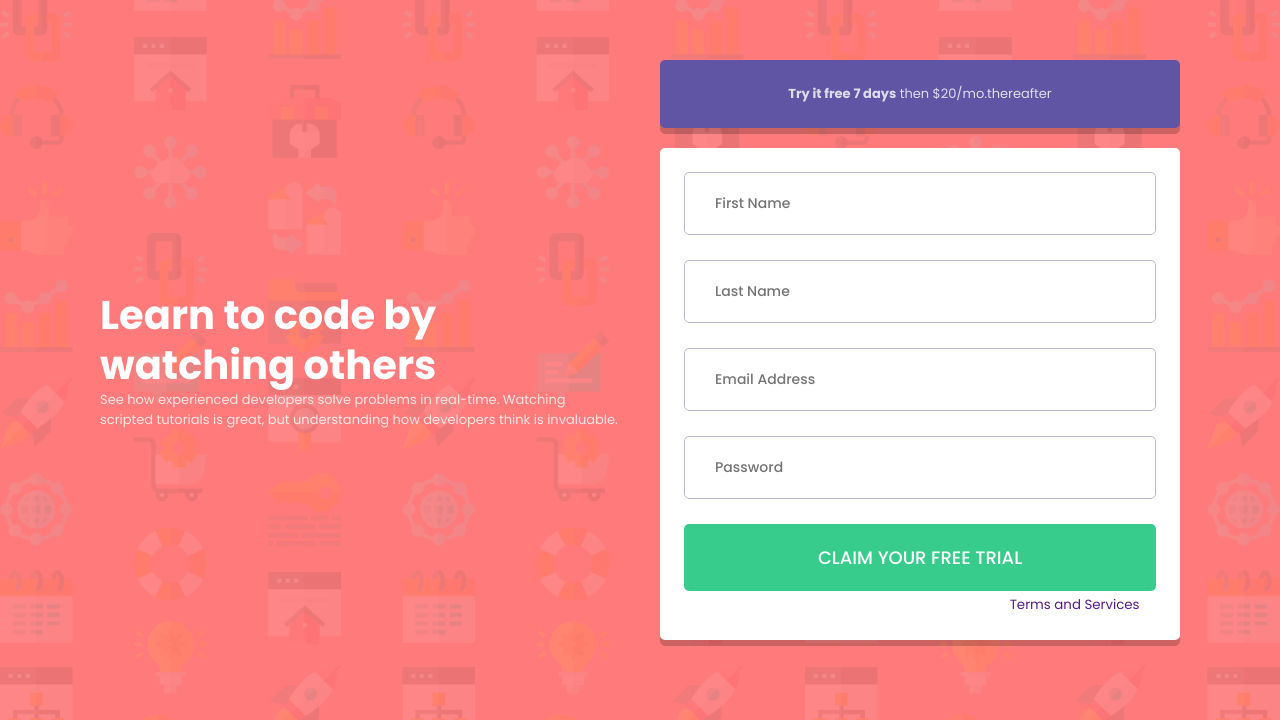
Repository: Akashiii1/WebSignup_Form_Day2
Page: index.html
These files come from the project's save history. The page is drawn as it stood at one moment and after a run of saves; the edit follows.
The browser window is 1280 px wide. The pictures show the whole page.

Above is the page before, as saved 2021-12-19 17:09:05.

### index.html
<!DOCTYPE html>
<html lang="en">
  <head>
    <meta charset="UTF-8" />
    <meta name="viewport" content="width=device-width, initial-scale=1.0" />
    <!-- displays site properly based on user's device -->

    <link
      rel="icon"
      type="image/png"
      sizes="32x32"
      href="./images/favicon-32x32.png"
    />

    <title>Frontend Mentor | Intro component with sign up form</title>

    <!-- Feel free to remove these styles or customise in your own stylesheet 👍 -->
    <link rel="stylesheet" href="style.css" />
    <style>
      .attribution {
        font-size: 11px;
        text-align: center;
      }

      .attribution a {
        color: hsl(228, 45%, 44%);
      }
    </style>
  </head>

  <body>
    <!--




  First Name
  Last Name
  Email Address
  Password



   -->
    <div class="container">
      <div>
        <h1>Learn to code by watching others</h1>
        <p>
          See how experienced developers solve problems in real-time. Watching
          scripted tutorials is great, but understanding how developers think is
          invaluable.
        </p>
      </div>
      <div>
        <div class="box box-blue">
          <p><strong> Try it free 7 days</strong> then $20/mo.thereafter</p>
        </div>
        <form action="" class="box">
          <div class="form-control">
            <input type="text" id="firstName" placeholder="First Name"/>
            <small>FirstName cannot be empty</small>
          </div>
          <div class="form-control">
            <input type="text" id="lastName" placeholder="Last Name"/>
            <small>LastName cannot be empty</small>
          </div>
          <div class="form-control">
            <input type="email" id="email" placeholder="Email Address"/>
            <small> Email cannot be empty </small>
            <!-- <small> Email is not valid</small> -->

          </div>
          <div class="form-control">
            <input type="password" id="passWord" placeholder="Password"/>
            <small> Password cannot be empty </small>
          </div>
          <button>Claim your free trial</button>
          <small
            >By clicking the button, you are agreeing to our
            <a href="">Terms and Services</a></small
          >
        </form>
      </div>
    </div>
    <!-- <footer>
      <p class="attribution">
        Challenge by
        <a href="https://www.frontendmentor.io?ref=challenge" target="_blank"
          >Frontend Mentor</a
        >. Coded by <a href="#">Your Name Here</a>.
      </p>
    </footer> -->
    <script src="app.js"></script>
  </body>
</html>

### style.css
@import url('https://fonts.googleapis.com/css2?family=Poppins:wght@400;500;600;700&display=swap');
html {
box-sizing: border-box;
font-size: 100%;
}
*{
margin: 0;
padding: 0;
}
*,*:before,*:after {
box-sizing: border-box;
}
input,
textarea,
select,
button{
outline: none;
}
input{
line-height: normal;
}
label,
button{
cursor: pointer;
}
a {
text-decoration: none;
}
img {
display: block;
max-width: 100%;
}
body{
  font-family: 'Poppins', sans-serif;
  background-image: url(images/bg-intro-desktop.png);
  background-size: cover;
  background-color: hsl(0, 100%, 74%) ;
  color: #fff;
  /* display: flex;
  justify-content: center;
  align-items: center; */
}
.container{
  display: flex;
  flex-wrap: wrap;
  max-width: 1200px;
  padding: 40px;
  justify-content: center;
  align-items: center;
  min-height: 100vh;
  margin-left: auto;
  margin-right: auto;
}
.container > div{
  flex: 1;
  padding: 0 20px;
}
.container h1{
  font-size: 40px;
  line-height: 50px;
}
.container p{
  opacity: 0.8;
  font-size: 13px;
}
.box{
  box-shadow: 0 6px rgba(0,0,0,.2);
  background-color: #fff;
  border-radius: 5px;
  margin-bottom: 20px;
  padding: 24px;
  text-align: center;
}
.box-blue{
  background-color: hsl(248, 32%, 49%) ;
}
.box p{

}
input{
  display: block;
  width: 100%;
  padding: 20px 30px;
  border-radius: 5px;
  font-weight: 500;
  font-size: 14px;
  outline: none;
  border: 1px solid hsl(246, 25%, 77%) ;
  font-family: 'Poppins', sans-serif;

}
input:focus{
  border-color: hsl(248, 32%, 49%);
  outline: none;
}
button{
  display: block;
  width: 100%;
  padding: 20px 30px;
  border-radius: 5px;

  font-size: 18px;
  outline: none;
  border: 0;
  /* border: 1px solid hsl(246, 25%, 77%) ; */
  font-family: 'Poppins', sans-serif;
  background-color: hsl(154, 59%, 51%);
  color: #fff;
  font-weight: 500;
  letter-spacing: 2;
  text-transform: uppercase;


}

Loaded but not shown: app.js (no stored copy; drawn as an empty file)

After the next 2 saves:
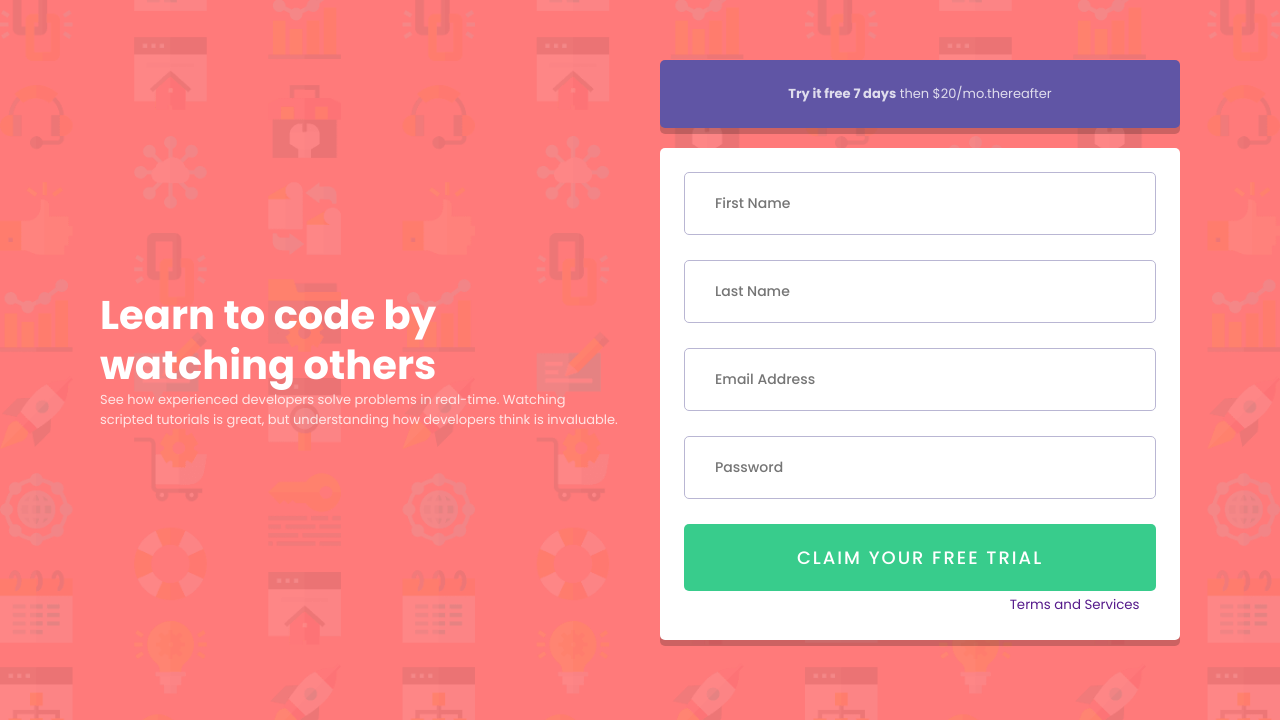
The 2 saves are shown as one change because they came seconds apart.
The last was saved 7 s later.
--- a/style.css
+++ b/style.css
@@ -107,7 +107,7 @@ button{
   background-color: hsl(154, 59%, 51%);
   color: #fff;
   font-weight: 500;
-  letter-spacing: 2;
+  letter-spacing: 2px;
   text-transform: uppercase;
 
 
